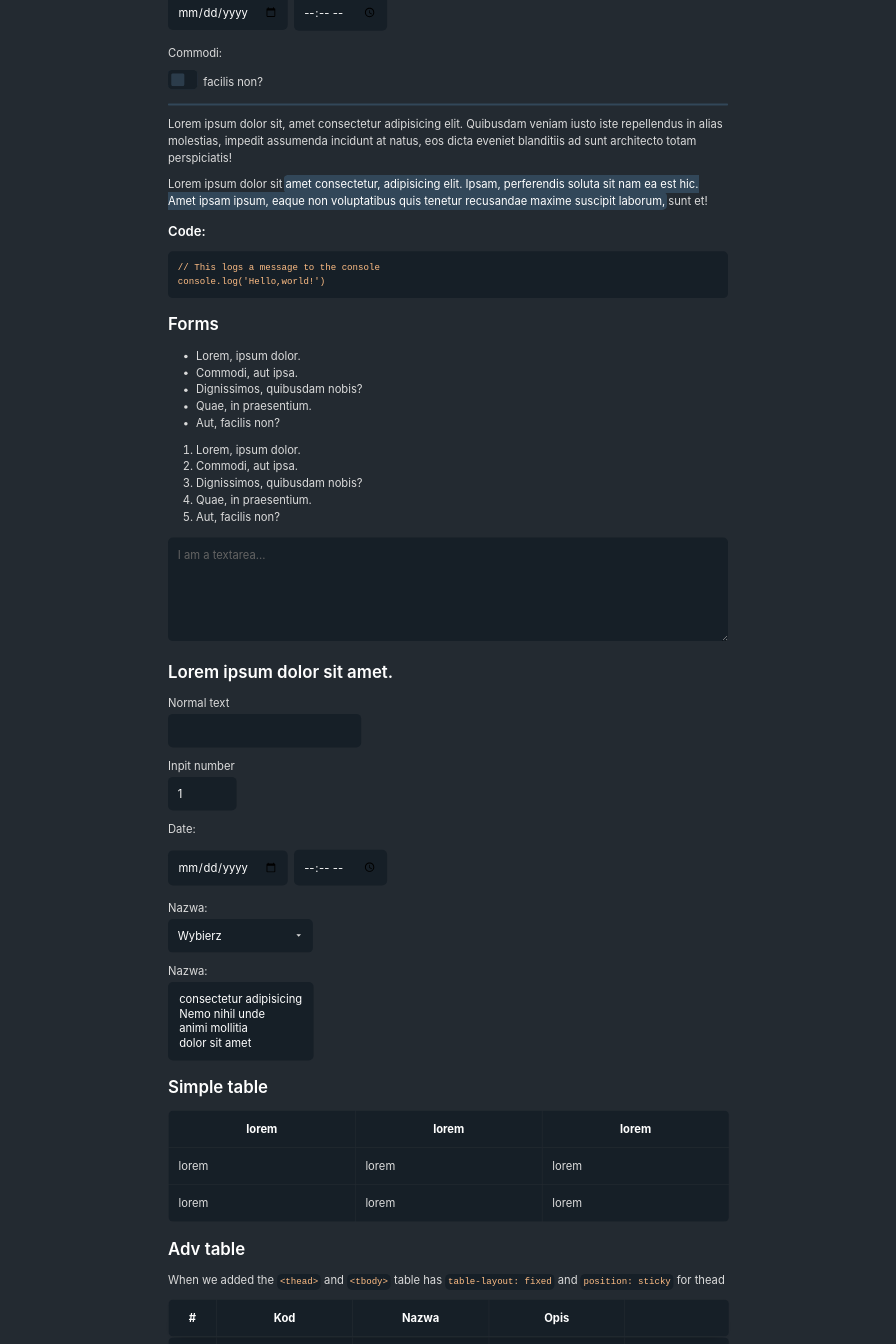
Repository: KozakBartosz/Draft
Page: index.html
These files come from the project's save history. The page is drawn as it stood at one moment and after the next save; the edit follows.
The browser window is 1280 px wide. The pictures show the part of the page from y = 1277 to 3197 px (the page is 6123 px tall before and 6223 px after), at 70% of full size.

Above is the page before, as saved 2019-04-12 13:37:05.

### index.html
<!DOCTYPE html>
<html lang="en">
	<head>
		<meta charset="UTF-8" />
		<meta name="viewport" content="width=device-width, initial-scale=1.0" />
		<meta http-equiv="X-UA-Compatible" content="ie=edge" />
		<title>Draft.css</title>
		<link rel="stylesheet" href="draft.css" />
	</head>
	<body style="--sticky: calc(var(--mainpaddng) * 2 + 52px);">
		<header>
			<div style="float: right">
				Thema:
				<select name="" id="changethema">
					<option value="0">Defult</option>
					<option value="1">Defult mini</option>
					<option value="2">Light</option>
					<option value="3">Blood</option>
					<option value="4">Matrix</option>
				</select>
			</div>
			<h1 style="margin-bottom: 0">
				<input type="checkbox" checked="checked" /> Draft.css
			</h1>
		</header>
		<h1>The most simple css framwork</h1>
		<h2>What is <mark>draft.css</mark></h2>
		<p>
			Draft.css is targeted at quickly creating prototypes of forms and
			simple templates. Designed to written html code looked beautiful and
			did not require any class and non-standard elements.
		</p>

		<h2>Idea</h2>
		<p>
			The idea behind <strong>Draft.css</strong> is to create the most
			beautiful, useful and interesting styles without using Javascript.
		</p>
		<h2>How use?</h2>
		<p>
			All you have to do is add this code to the
			<mark>head</mark> section:
		</p>

		<pre><code>&lt;link rel="stylesheet" href="https://test.kozakbartosz.pl/draft/def.css" /&gt;</code></pre>

		<h1>Examples:</h1>

		<h3>Code:</h3>

		<pre><code>&lt;label&gt;<br />&nbsp; &nbsp; Normal text: &lt;input type="text" placeholder="placeholder..." /&gt;<br />&lt;/label&gt;<br />&lt;label&gt;<br />&nbsp; &nbsp; Inpit number: &lt;input type="number" value="1"/&gt;<br />&lt;/label&gt;<br />Data:<br />&lt;p&gt;<br />&nbsp; &nbsp; &lt;input type="date" /&gt;<br />&nbsp; &nbsp; &lt;input type="time" /&gt;<br />&lt;/p&gt;<br />Commodi:<br />&lt;label&gt;<br />&nbsp; &nbsp; &lt;input type="checkbox" /&gt; facilis non?<br />&lt;/label&gt;</code></pre>
		<h3>Result:</h3>
		<label>
			Normal text
			<input type="text" placeholder="placeholder..." />
		</label>
		<label>
			Inpit number
			<input type="number" value="1" />
		</label>
		Data:
		<p>
			<input type="date" />
			<input type="time" />
		</p>
		Commodi:
		<label> <input type="checkbox" /> facilis non? </label>

		<hr />

		<p>
			Lorem ipsum dolor sit, amet consectetur adipisicing elit. Quibusdam
			veniam iusto iste repellendus in alias molestias, impedit assumenda
			incidunt at natus, eos dicta eveniet blanditiis ad sunt architecto
			totam perspiciatis!
		</p>

		<p>
			Lorem ipsum dolor sit
			<mark
				>amet consectetur, adipisicing elit. Ipsam, perferendis soluta
				sit nam ea est hic. Amet ipsam ipsum, eaque non voluptatibus
				quis tenetur recusandae maxime suscipit laborum,</mark
			>
			sunt et!
		</p>

		<h3>Code:</h3>
		<pre><code>// This logs a message to the console<br />console.log('Hello,world!')</code></pre>

		<h2>Forms</h2>

		<ul>
			<li>Lorem, ipsum dolor.</li>
			<li>Commodi, aut ipsa.</li>
			<li>Dignissimos, quibusdam nobis?</li>
			<li>Quae, in praesentium.</li>
			<li>Aut, facilis non?</li>
		</ul>
		<ol>
			<li>Lorem, ipsum dolor.</li>
			<li>Commodi, aut ipsa.</li>
			<li>Dignissimos, quibusdam nobis?</li>
			<li>Quae, in praesentium.</li>
			<li>Aut, facilis non?</li>
		</ol>
		<textarea
			name="about"
			id="about"
			placeholder="I am a textarea..."
			rows="6"
		></textarea>
		<h2>Lorem ipsum dolor sit amet.</h2>
		<label>
			Normal text
			<input type="text" />
		</label>
		<label>
			Inpit number <input type="number" / value="1">
		</label>
		Date:
		<p>
			<input type="date" />
			<input type="time" />
		</p>
		<label>
			Nazwa:
			<select name="" id="">
				<option value="">Wybierz</option>
				<option value="">Fuga aut vero</option>
				<option value="">veritatis accusamus</option>
				<option value="">quam</option>
			</select>
		</label>
		<label>
			Nazwa:
			<select name="" id="" multiple>
				<option value="">consectetur adipisicing</option>
				<option value="">Nemo nihil unde</option>
				<option value="">animi mollitia</option>
				<option value="">dolor sit amet</option>
			</select>
		</label>

		<h2>Simple table</h2>

		<table>
			<tr>
				<th>lorem</th>
				<th>lorem</th>
				<th>lorem</th>
			</tr>
			<tr>
				<td>lorem</td>
				<td>lorem</td>
				<td>lorem</td>
			</tr>
			<tr>
				<td>lorem</td>
				<td>lorem</td>
				<td>lorem</td>
			</tr>
		</table>

		<h2>Adv table</h2>
		<p>
			When we added the <code>&lt;thead&gt;</code> and
			<code>&lt;tbody&gt;</code> table has
			<code>table-layout: fixed</code> and
			<code>position: sticky</code> for thead
		</p>

		<table>
			<thead>
				<tr>
					<th width="5%">#</th>
					<th>Kod</th>
					<th>Nazwa</th>
					<th>Opis</th>
					<th width="120px"></th>
				</tr>
			</thead>
			<tbody>
				<tr>
					<td width="5%">1</td>
					<td><code>EDG-651</code></td>
					<td>Lorem ipsum dolor</td>
					<td>
						Lorem ipsum dolor sit amet, consectetur adipisicing
						elitdolor sitamet
					</td>
					<td width="120px" style="text-align: right;">
						<input type="checkbox" />
					</td>
				</tr>
				<tr>
					<td width="5%">2</td>
					<td><code>EDG-652</code></td>
					<td>Lorem ipsum dolor</td>
					<td>
						Lorem ipsum dolor sit amet, consectetur adipisicing
						elitdolor sitamet
					</td>
					<td width="120px" style="text-align: right;">
						<input type="checkbox" />
					</td>
				</tr>
				<tr>
					<td width="5%">3</td>
					<td><code>EDX-652*</code></td>
					<td>Lorem ipsum dolor</td>
					<td>
						Lorem ipsum dolor sit amet, consectetur adipisicing
						elitdolor sitamet
					</td>
					<td width="120px" style="text-align: right;">
						<input type="checkbox" />
					</td>
				</tr>
				<tr>
					<td width="5%">5</td>
					<td><code>EDD-655</code></td>
					<td>Lorem ipsum dolor</td>
					<td>
						Lorem ipsum dolor sit amet, consectetur adipisicing
						elitdolor sitamet
					</td>
					<td width="120px" style="text-align: right;">
						<input type="checkbox" />
					</td>
				</tr>
			</tbody>
			<tfoot>
				<tr>
					<td colspan="4">Lorem ipsum doreta: <b>3</b></td>
					<td width="120px"><button>Remove</button></td>
				</tr>
			</tfoot>
		</table>

		<h3>Checkbox</h3>
		<label> <input type="checkbox" /> Ale ma kota </label>

		<label> <input type="checkbox" /> Ale ma kota2 </label>

		<label> <input type="checkbox" /> Ale ma kota3 </label>

		<h3>Radio</h3>
		<label> <input type="radio" name="radio" /> Ale ma kota </label>
		<label> <input type="radio" name="radio" /> Ale ma kota2 </label>
		<label> <input type="radio" name="radio" /> Ale ma kota3 </label>

		<hr />

		<h2>Search</h2>

		<fieldset class="search">
			<legend>Szukaj</legend>
			<form action="produkty,szukaj" method="get">
				<input
					type="text"
					name="q"
					placeholder="Wpisz czego szukasz..."
				/>
				<button>Szukaj</button>
			</form>
		</fieldset>

		<h2>Change button color by html</h2>

		<h2>Code</h2>
		<pre><code>&lt;button&gt;Exit&lt;/button&gt;<br>&lt;button style="--button: #7e1616; --buttonhover: #b40d0d;"&gt;
	Ok<br>&lt;/button&gt;</code></pre>

		<h3>result</h3>
		<button>Exit</button>
		<button style="--button: #7e1616; --buttonhover: #b40d0d;">
			Ok
		</button>

		<h2>Details</h2>

		<details>
			<summary>Szczypta detali</summary>
			<p>Informacje szczegółowe na dany temat.</p>
		</details>

		<details open>
			<summary>Jeszcze wiecej szczegółów</summary>
			<p>Tu jest jeszcze wiecej informacji szczegółowych</p>
		</details>

		<details>
			<summary>Jeszcze wiecej szczegółów</summary>
			<p>
				Lorem ipsum dolor sit amet consectetur adipisicing elit. Minima
				fugiat explicabo assumenda ducimus nobis aliquid esse, ad ab
				sapiente officiis repellat et, nisi atque itaque autem ut
				architecto tempore consequatur.
			</p>
		</details>

		<h2>Real Form</h2>

		<details>
			<summary>Jeszcze wiecej szczegółów</summary>
			<p>
				Lorem ipsum dolor sit amet consectetur adipisicing elit. Minima
				fugiat explicabo assumenda ducimus nobis aliquid esse, ad ab
				sapiente officiis repellat et, nisi atque itaque autem ut
				architecto tempore consequatur.
			</p>
		</details>

		<form>
			<label for="email">Email</label>
			<input
				type="email"
				name="email"
				required=""
				id="email"
				value=""
				placeholder="john.doe@gmail.com"
			/>
			<label for="text">Text</label>
			<input
				type="text"
				name="email"
				required=""
				id="text"
				value=""
				placeholder="john.doe@gmail.com"
			/>

			<label for="id">User id (read only)</label>
			<input readonly="" name="id" id="id" value="04D6H89Z" />

			<label for="disabled">Random disabled input</label>
			<input
				disabled=""
				name="disabled"
				id="disabled"
				placeholder="Because why not?"
			/>

			<label for="about">About me</label>

			<input type="checkbox" name="remember" id="remember" checked="" />
			<label for="remember">Remember me</label>

			<input type="submit" />
		</form>

		<p>
			<strong>Lorem ipsum</strong> dolor sit,
			<a href="">amet consectetur adipisicing</a> elit.
			<i>Hic nobis</i> atque eligendi voluptatum doloribus rem praesentium
			veniam quo delectus explicabo, architecto ipsam ipsa unde vitae
			excepturi iusto nesciunt placeat ducimus.
		</p>
		<p>
			Lorem ipsum dolor sit amet consectetur adipisicing elit. Enim saepe
			quisquam delectus accusantium nam recusandae obcaecati ullam, non
			neque <a href="">commodi modi tempore </a>magni magnam. Tenetur
			officiis mollitia facere libero sint.
		</p>
		<h4>Lorem ipsum dolor sit amet.</h4>
		<p>
			Lorem ipsum dolor, sit amet consectetur adipisicing elit. Possimus,
			vero quibusdam. Rerum libero nihil aspernatur, ipsam vel voluptatem
			inventore quasi. Odit, sapiente? Delectus beatae laudantium sapiente
			cupiditate et libero? Corrupti.
		</p>

		<button>Send</button>
		<script>
			var themes = [
				[
					{ brand: "#41adff" },
					{ mainbg: "#232a31" },
					{ mainpaddng: "14px" },
					{ radius: "7px" },

					{ low: "#161f27" },
					{ like: "#2b3c4b" },
					{ midi: "#324759" },
					{ hight: "#0b7392" },

					{ text: "#dbdbdb" },
					{ textContrast: "#fff" },

					{ code: "#ffbe85" },

					{ button: "#2b3c4a" },
					{ buttonhover: "#334a5e" },
					{ buttontext: "#fff" },

					{ fillhover: "#1b2731" }
				],
				[
					{ brand: "#41adff" },
					{ mainbg: "#232a31" },
					{ mainpaddng: "12px" },
					{ radius: "12px" },

					{ low: "#161f27" },
					{ like: "#2b3c4b" },
					{ midi: "#324759" },
					{ hight: "#0b7392" },

					{ text: "#dbdbdb" },
					{ textContrast: "#fff" },

					{ code: "#ffbe85" },

					{ button: "#2b3c4a" },
					{ buttonhover: "#334a5e" },
					{ buttontext: "#fff" },

					{ fillhover: "#1b2731" }
				],
				[
					{ brand: "#41adff" },
					{ mainbg: "#ffffff" },
					{ mainpaddng: "14px" },
					{ radius: "7px" },

					{ low: "#e8f1fa" },
					{ like: "#cfe2f7" },
					{ midi: "#b2cee7" },
					{ hight: "#1db5e4" },

					{ text: "#3f4646" },
					{ textContrast: "#1a1f1f" },

					{ code: "#20595f" },

					{ button: "#3dcca1" },
					{ buttonhover: "#34e0ad" },
					{ buttontext: "#fff" },

					{ fillhover: "#e8f5ff" }
				],
				[
					{ mainpaddng: "18px" },
					{ radius: "3px" },
					{ brand: "#c21a1a" },
					{ mainbg: "#312323" },

					{ code: "#ffbe85" },

					{ text: "#dbdbdb" },
					{ textContrast: "#fff" },

					{ button: "#4a2b2b" },
					{ buttonhover: "#5e3333" },
					{ buttontext: "#fff" },

					{ fillhover: "#311b1b" },

					{ low: "#271616" },
					{ like: "#4b2b2b" },
					{ midi: "#593232" },
					{ hight: "#800f0f" }
				],
				[
					{ mainpaddng: "11px" },
					{ radius: "13px" },
					{ brand: "#1ac260" },
					{ mainbg: "#233126" },

					{ code: "#c0ff85" },

					{ text: "#dbdbdb" },
					{ textContrast: "#fff" },

					{ button: "#324a2b" },
					{ buttonhover: "#385e33" },
					{ buttontext: "#fff" },

					{ fillhover: "#1b3122" },

					{ low: "#162717" },
					{ like: "#2b4b2e" },
					{ midi: "#32593f" },
					{ hight: "#0f803a" }
				]
			];

			let changethema = document.getElementById("changethema");
			let root = document.documentElement;
			changethema.addEventListener("change", e => {
				console.log(e);
				var theme = themes[e.target.value];
				theme.forEach(element => {
					var k = Object.keys(element)[0];
					root.style.setProperty("--" + k, element[k]);
				});
			});
		</script>
	</body>
</html>

### draft.css
/* TO DO */
/* <details> */
:root {
	--brand: #41adff;
	--mainbg: #232a31;
	--mainpaddng: 14px;
	--radius: 7px;

	--low: #161f27;
	--like: #2b3c4b;
	--midi: #324759;
	--hight: #0b7392;

	--text: #dbdbdb;
	--textContrast: #fff;

	--code: #ffbe85;

	--button: #2b3c4a;
	--buttonhover: #334a5e;
	--buttontext: #fff;

	--fillhover: #1b2731;

	--sticky: 0px;
}
/*
:root {
	--brand: #41adff;
	--mainbg: #ffffff;
	--mainpaddng: 14px;
	--radius: 7px;

	--low: #e8f1fa;
	--like: #cfe2f7;
	--midi: #b2cee7;
	--hight: #1db5e4;

	--text: #3f4646;
	--textContrast: #1a1f1f;

	--code: #20595f;

	--button: #3dcca1;
	--buttonhover: #34e0ad;
	--buttontext: #fff;

	--fillhover: #e8f5ff;
} */

/* :root {
	--mainpaddng: 18px;
	--radius: 3px;
	--brand: #c21a1a;
	--mainbg: #312323;

	--code: #ffbe85;

	--text: #dbdbdb;
	--textContrast: #fff;

	--button: #4a2b2b;
	--buttonhover: #5e3333;
	--buttontext: #fff;

	--fillhover: #311b1b;

	--low: #271616;
	--like: #4b2b2b;
	--midi: #593232;
	--hight: #800f0f;
} */

/* :root {
	--mainpaddng: 11px;
	--radius: 13px;
	--brand: #1ac260;
	--mainbg: #233126;

	--code: #c0ff85;

	--text: #dbdbdb;
	--textContrast: #fff;

	--button: #324a2b;
	--buttonhover: #385e33;
	--buttontext: #fff;

	--fillhover: #1b3122;

	--low: #162717;
	--like: #2b4b2e;
	--midi: #32593f;
	--hight: #0f803a;
} */
body {
	font-family: -apple-system, BlinkMacSystemFont, "Segoe UI", "Roboto",
		"Oxygen", "Ubuntu", "Cantarell", "Fira Sans", "Droid Sans",
		"Helvetica Neue", sans-serif;
	line-height: 1.5;
	max-width: 800px;
	margin: 0px auto var(--mainpaddng);
	padding: 0 var(--mainpaddng);
	color: var(--text);
	background: var(--mainbg);
	text-rendering: optimizeLegibility;
}

label {
	display: block;
}
a,
a:active,
button,
button:active,
input,
input:active,
textarea,
details,
summary,
th,
td {
	outline: none;
	box-shadow: none;
	transition: background-color 0.2s ease, box-shadow 0.2s ease,
		transform 0.2s ease;
}
h1 {
	font-size: 2.2em;
	margin-top: 0;
}
h1,
h2,
h3,
h4,
h5,
h6 {
	margin-bottom: 12px;
}
h1,
h2,
h3,
h4,
h5,
h6,
strong {
	color: var(--textContrast);
	font-weight: 600;
}
button,
input[type="submit"],
input[type="button"],
input[type="checkbox"],
input[type="radio"] {
	cursor: pointer;
	display: inline-block;
}

input,
select,
button,
textarea {
	/* display: block; */
	color: var(--textContrast);
	background-color: var(--low);
	font-family: inherit;
	font-size: inherit;
	margin: 4px 4px 6px 0;
	padding: var(--mainpaddng);
	border: none;
	border-radius: var(--radius);
	outline: none;
	-webkit-appearance: none;
	vertical-align: middle;
}
input[type="number"] {
	max-width: calc(var(--mainpaddng) * 5);
}

button:hover,
input:hover,
select:hover,
textarea:hover,
textarea:hover {
	background-color: var(--fillhover);
}

label > input,
label > select {
	display: block;
}

textarea {
	margin-right: 0;
	width: 100%;
	box-sizing: border-box;
	resize: vertical;
}
button,
input[type="submit"],
input[type="button"] {
	color: var(--buttontext);
	background-color: var(--button);
	padding: var(--mainpaddng) calc(var(--mainpaddng) * 2);
}

select:not([multiple]) {
	padding-right: calc(var(--mainpaddng) * 3);
	background: var(--low)
		url("data:[embedded picture, 198 characters]")
		100% 50%/27px 7px no-repeat;
}

/* input:not([value=""]):invalid,
select:not([value=""]):invalid,
textarea:not([value=""]):invalid {
	box-shadow: 0 0 0 2px darkred;
} */

input:focus,
select:focus,
button:focus,
textarea:focus {
	background-color: var(--fillhover);
	box-shadow: 0 0 0 2px var(--hight);
}

button:focus,
input[type="submit"]:focus,
input[type="button"]:focus {
	background-color: var(--buttonhover);
}

button:hover,
input[type="submit"]:hover,
input[type="button"]:hover {
	background-color: var(--buttonhover);
	box-shadow: 0 5px 20px -5px rgba(0, 0, 0, 0.35), 0 3px 0 0 var(--button);
	transform: translateY(-3px);
}
button:active,
input[type="submit"]:active,
input[type="button"]:active {
	transform: translateY(0px);
	box-shadow: 0 5px 20px -5px rgba(0, 0, 0, 0.35);
}

input:disabled {
	cursor: not-allowed;
	opacity: 0.5;
}

input[type="radio"],
input[type="checkbox"] {
	margin-top: -2px;
	transition: background-color 0.25s ease,
		box-shadow 0.25s cubic-bezier(0.53, 1.59, 0.51, 1);
}
input[type="checkbox"] {
	background-color: var(--like);
	width: calc(var(--mainpaddng) * 3);
	box-shadow: calc(var(--mainpaddng) * -1) 0 0 calc(var(--mainpaddng) / 3)
			var(--low) inset,
		0 0 0 calc(var(--mainpaddng) / 3) var(--low) inset;
}
input[type="checkbox"]:hover,
input[type="radio"]:hover {
	background-color: var(--midi);
}
input[type="checkbox"]:focus {
	box-shadow: calc(var(--mainpaddng) * -1) 0 0 calc(var(--mainpaddng) / 3)
			var(--low) inset,
		0 0 0 calc(var(--mainpaddng) / 3) var(--low) inset,
		0 0 0 2px var(--hight);
}

input[type="radio"] {
	border-radius: 100%;
	box-shadow: 0 0 0 calc(var(--mainpaddng) / 2) var(--low) inset;
}
input[type="checkbox"]:checked,
input[type="radio"]:checked {
	box-shadow: 0 0 0 calc(var(--mainpaddng) / 3) var(--low) inset,
		0 0 0 2px var(--hight), 0 0 0 1px var(--low);
	background-color: var(--brand);
}

input[type="checkbox"]:checked {
	box-shadow: var(--mainpaddng) 0 0 calc(var(--mainpaddng) / 3) var(--low)
			inset,
		0 0 0 calc(var(--mainpaddng) / 3) var(--low) inset,
		0 0 0 2px var(--hight);
}

::placeholder {
	color: #636363;
}
a {
	text-decoration: none;
	color: var(--hight);
}
a:hover {
	text-decoration: underline;
	color: var(--brand);
}

mark {
	background: linear-gradient(var(--brand), var(--brand)) 50% 100%/100% 40%
		no-repeat;
	background: var(--midi);
	padding: 3px;
	margin: -3px;
	/* text-shadow: 1px 1px 1px var(--mainbg), -1px 1px 1px var(--mainbg),
		0px 1px 1px var(--mainbg); */
	color: var(--textContrast);
	border-radius: var(--radius);
}

ul,
ol,
label,
code,
p {
	margin: var(--mainpaddng) 0;
}

code,
kbd {
	background: var(--low);
	color: var(--code);
	padding: 4px;
	border-radius: var(--radius);
}
/* pre {
	margin: 0 calc(var(--mainpaddng) * -1);
} */
pre > code {
	display: block;
	overflow-x: auto;
	padding: var(--mainpaddng);
}
img {
	max-width: 100%;
}
hr {
	margin: var(--mainpaddng) 0;
	border: none;
	height: 3px;
	border-radius: calc(var(--radius) / 6);
	background: var(--midi);
}
fieldset {
	border: 3px solid var(--midi);
	border-radius: var(--radius);
}
fieldset > legend {
	font-weight: 600;
	color: var(--textContrast);
	padding: calc(var(--mainpaddng) / 2) calc(var(--mainpaddng));
}

details {
	padding: var(--mainpaddng);
	border-radius: var(--radius);
	padding-bottom: calc(var(--mainpaddng) + var(--radius));
	background: var(--low);
}

details:last-of-type {
	padding-bottom: var(--mainpaddng);
}

details + details {
	margin-top: calc(var(--radius) * -1);
	border-top: 1px solid var(--mainbg);
	border-radius: 0 0 var(--radius) var(--radius);
}

details[open],
details:hover:not([open]) {
	background: var(--like);
	z-index: 1;
}
details summary {
	cursor: pointer;
	margin: calc(var(--mainpaddng) * -1);
	padding: var(--mainpaddng);
}

table {
	/* display: block; */
	/* overflow-x: auto; */
	/* border-collapse: collapse; */
	margin: var(--mainpaddng) -1px;
	width: calc(100% + 2px);
	border-spacing: 1px;
	position: relative;
}
tbody,
tfoot,
thead {
	border-radius: calc(var(--radius) + 2px);
	overflow: hidden;
	background: var(--mainbg);
	table-layout: fixed;
	position: relative;
	z-index: 0;
	display: table;
	width: calc(100% + 2px);
}

header,
thead {
	background: var(--mainbg);
	position: sticky;
	top: var(--sticky);
	z-index: 5;
	box-shadow: 0px 12px 15px -15px rgba(0, 0, 0, 0.35);
}
header {
	z-index: 10;
	top: 0px;
	display: block;
	padding: var(--mainpaddng);
	margin: 0 calc(var(--mainpaddng) * -1) var(--mainpaddng);
}
td,
th {
	padding: var(--mainpaddng);
	background: var(--low);
}
th {
	color: var(--textContrast);
}
tr:hover td {
	background-color: var(--fillhover);
}

After the next save:
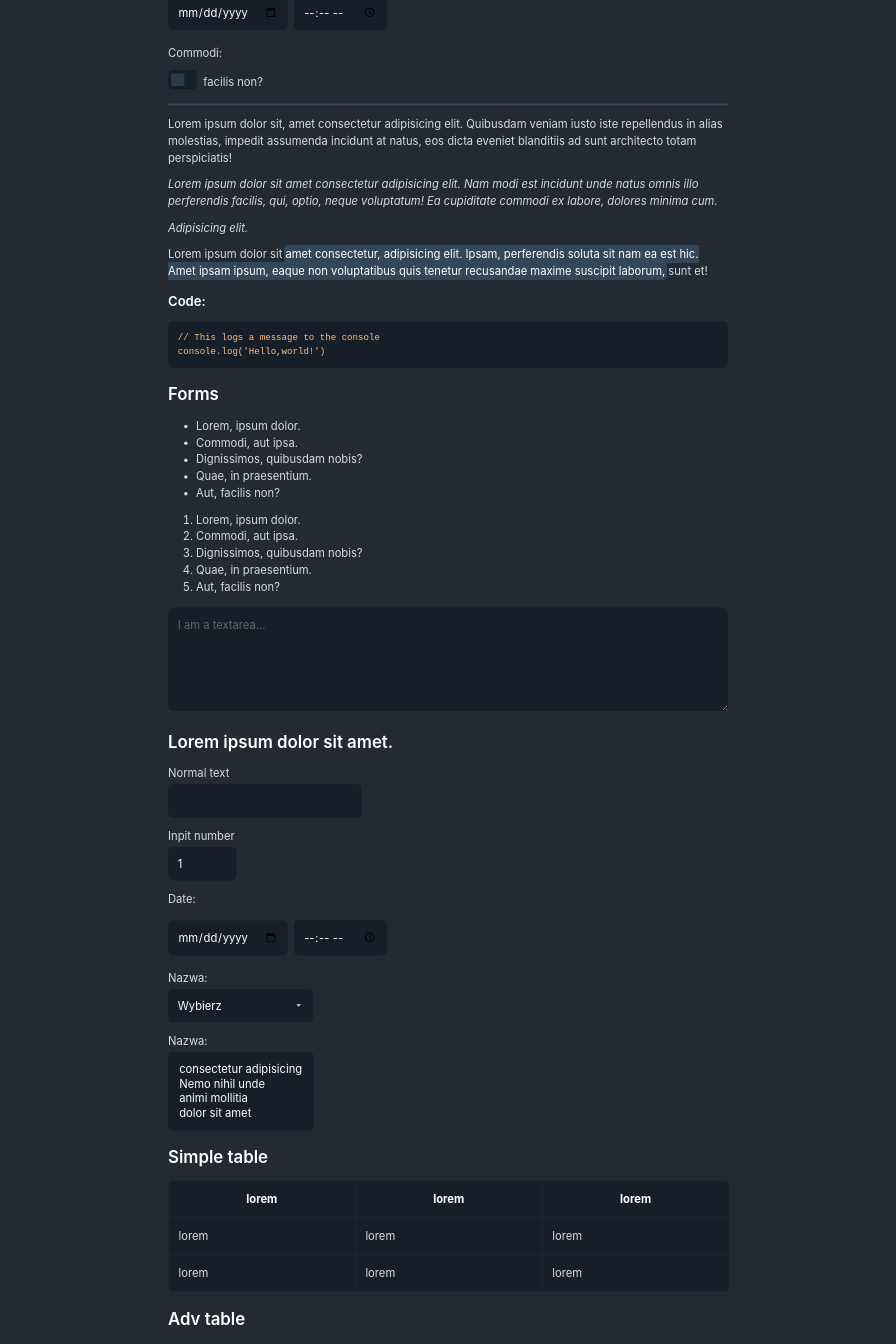
Saved 9 min 59 s later.
--- a/index.html
+++ b/index.html
@@ -74,6 +74,16 @@
 			incidunt at natus, eos dicta eveniet blanditiis ad sunt architecto
 			totam perspiciatis!
 		</p>
+
+		<cite>
+			<p>
+				Lorem ipsum dolor sit amet consectetur adipisicing elit. Nam
+				modi est incidunt unde natus omnis illo perferendis facilis,
+				qui, optio, neque voluptatum! Ea cupiditate commodi ex labore,
+				dolores minima cum.
+			</p>
+			<p>Adipisicing elit.</p>
+		</cite>
 
 		<p>
 			Lorem ipsum dolor sit
